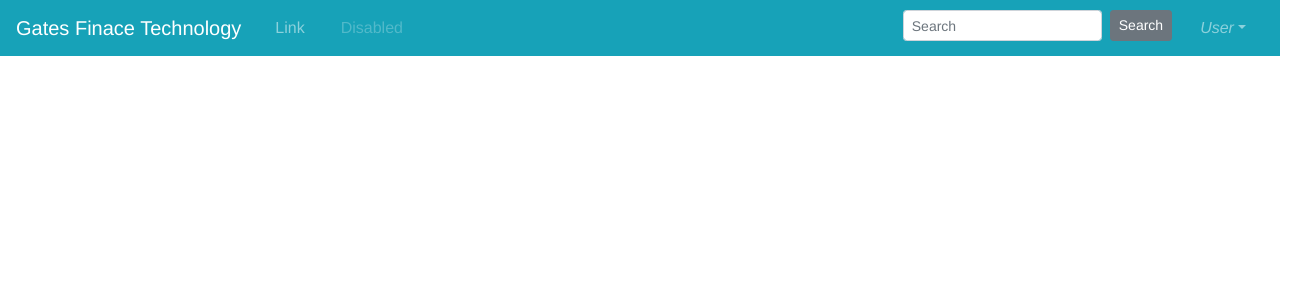
Repository: sqsssq/GatesFinace
Page: /main (app in webview/)
The author's editor kept a copy of each file at every save. The page is drawn from the files as they stood at one save, then again after the next save.
The browser window is 1280 px wide. The page is 1280 px wide, then 1295 px, then 1280 px, so the pictures cover 1295 px, including what lies to the right of the window. The pictures show the whole page.
The project was rebuilt for these pictures with package versions that can differ from the ones it lists, and the page was loaded fresh each time. Also part of the build but not shown: webview/src/components/HelloWorld.vue, webview/src/views/Home.vue.

Above is the page before, as saved 2020-11-03 09:13:37.

After the next save:
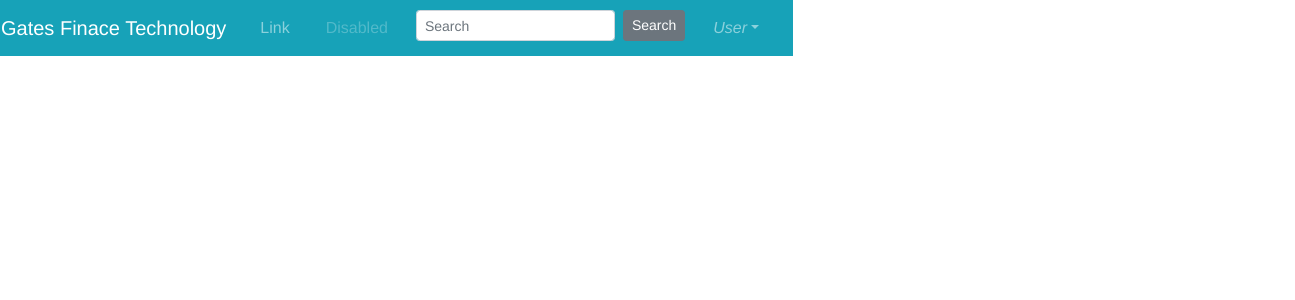
Saved 13 min 37 s later.
--- a/webview/src/views/main.vue
+++ b/webview/src/views/main.vue
@@ -10,7 +10,9 @@
   <div class="container-fiuled" style="height: 100%;">
     <!-- <img alt="Vue logo" src="../assets/logo.png"> -->
     <!-- <HelloWorld msg="Welcome to Your Vue.js App" style="height:100%"/> -->
+    <div class="row">
     <gatesNavbar style="height: 100%" />
+    </div>
   </div>
 </template>
 

After the save that followed:
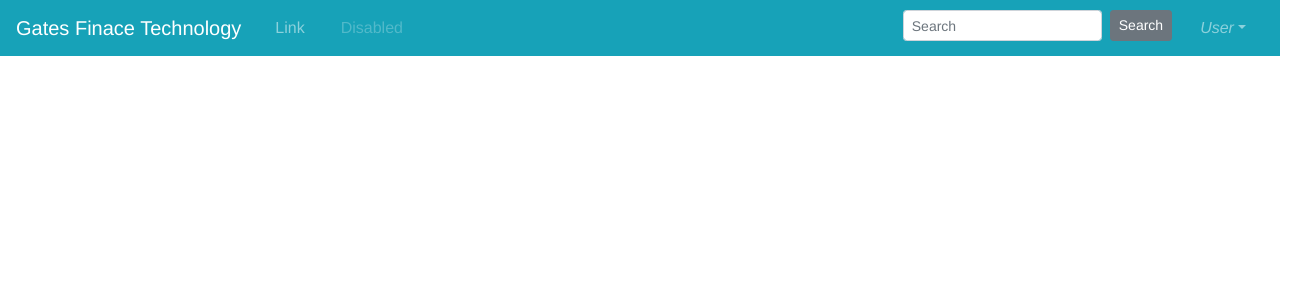
Saved 19 s later.
--- a/webview/src/views/main.vue
+++ b/webview/src/views/main.vue
@@ -10,9 +10,8 @@
   <div class="container-fiuled" style="height: 100%;">
     <!-- <img alt="Vue logo" src="../assets/logo.png"> -->
     <!-- <HelloWorld msg="Welcome to Your Vue.js App" style="height:100%"/> -->
-    <div class="row">
     <gatesNavbar style="height: 100%" />
-    </div>
+    <div class="row"></div>
   </div>
 </template>
 
